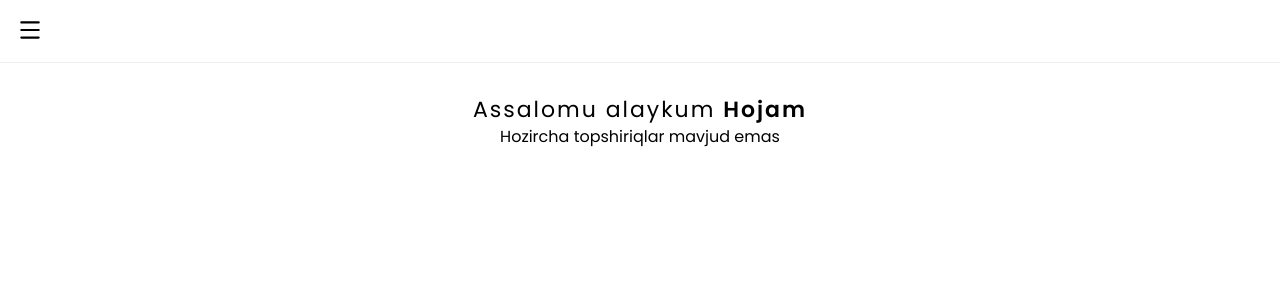
Repository: zaynobiddinovofficel-debug/KotibaAI
Page: / (app in web/)
These files come from the project's save history. The page is drawn as it stood at one moment and after the next save; the edit follows.
The browser window is 1280 px wide. The pictures show the whole page.
Some web fonts or font styles are not loaded; a fallback is used. The project was rebuilt for these pictures with package versions that can differ from the ones it lists, and the page was loaded fresh each time. Also part of the build but not shown: web/vite.config.js.

Above is the page before, as saved 2026-03-25 20:15:24.

After the next save:
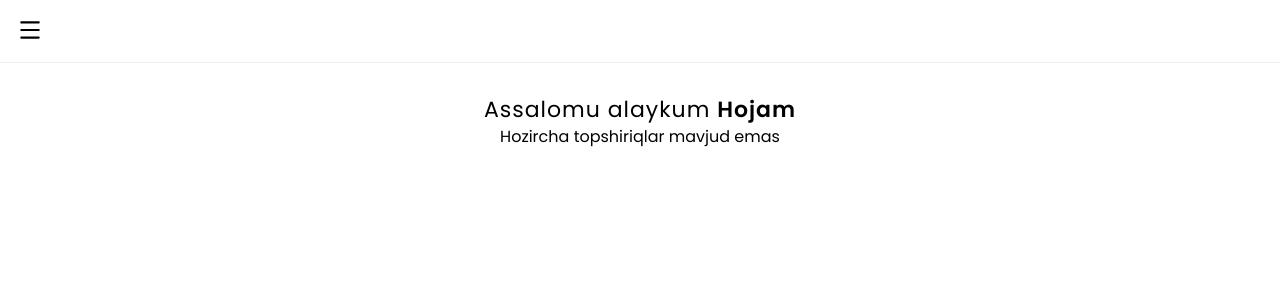
Saved 4 s later.
--- a/web/src/App.jsx
+++ b/web/src/App.jsx
@@ -13,7 +13,7 @@ export default function App() {
     </div>
     {tasks??
     <div className="px-3 py-3 max-w-[1280px] w-full flex flex-col items-center my-6 text-center gap-2">
-    <span className="text-[22px] leading-none tracking-[2px]">Assalomu alaykum <b className="font-[550]">
+    <span className="text-[22px] leading-none tracking-[1px]">Assalomu alaykum <b className="font-[550]">
       {username==null?"Hojam":username}
     </b></span>
     <span className="leading-none">Hozircha topshiriqlar mavjud emas</span>
